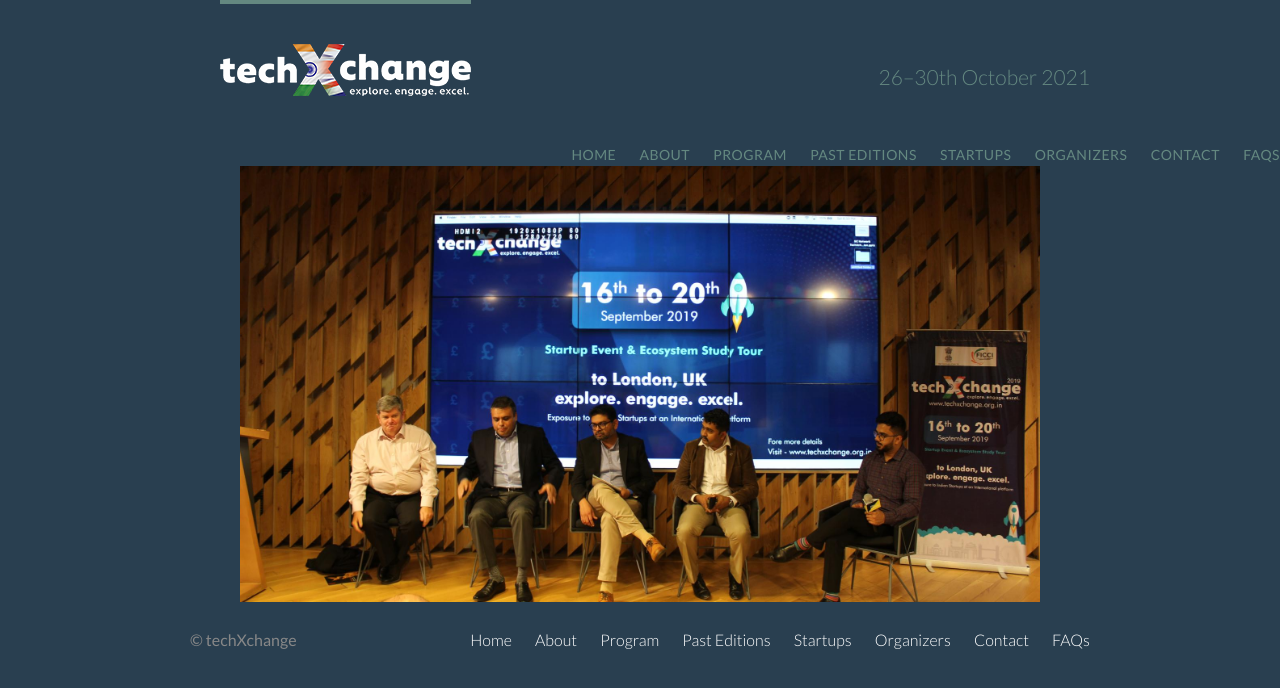
Repository: srush-shah/techXchange
Page: index.html
These files come from the project's save history. The page is drawn as it stood at one moment and after a run of saves; the edit follows.
The browser window is 1280 px wide. The pictures show the whole page.

Above is the page before, as saved 2021-07-16 04:24:17.

### index.html
<!DOCTYPE html>
<html lang="en">
  <head>
    <meta charset="utf-8" />
    <title>techXchange: A bridge for growth</title>
    <link rel="stylesheet" type="text/css" href="assets/stylesheets/main.css" />
    <link rel="preconnect" href="https://fonts.gstatic.com" />
    <link
      href="https://fonts.googleapis.com/css2?family=Lato:ital,wght@0,100;0,300;0,400;1,100;1,300;1,400&display=swap"
      rel="stylesheet"
    />
  </head>
  <body>
    <header class="primary-header container group">
      <section class="container">
        <h1 class="logo">
          <a href="index.html">
            <img
              src="assets/images/techxchange-logo.png"
              alt="techXchange logo"
            />
          </a>
        </h1>
      </section>
      <h3 class="tagline">26&ndash;30th October 2021</h3>
      <section>
        <a
          class="instagram"
          href="https://www.instagram.com/techxchange2020/"
          title="Instagram"
          target="_blank"
          ><span><i class="fab fa-instagram"></i></span
        ></a>
        <a
          class="facebook"
          href="https://www.facebook.com/Techxchange2020/"
          title="Follow us on Facebook"
          target="_blank"
          ><span><i class="fab fa-facebook"></i></span
        ></a>
        <a
          class="twitter"
          href="https://twitter.com/techXchange2020"
          title="Twitter"
          target="_blank"
          ><span><i class="fab fa-twitter"></i></span
        ></a>
        <a
          class="linkedin"
          href="https://www.linkedin.com/company/techxchange2020/"
          title="LinkedIn"
          target="_blank"
          ><span><i class="fab fa-linkedin"></i></span
        ></a>
      </section>
    </header>
    <nav class="nav primary-nav">
      <ul>
        <li><a href="index.html">Home</a></li>
        <!--
            -->
        <li><a href="#about">About</a></li>
        <!--
            -->
        <li><a href="#program">Program</a></li>
        <!--
            -->
        <li><a href="#past_edits">Past Editions</a></li>
        <!--
            -->
        <li><a href="startups.html">Startups</a></li>
        <!--
            -->
        <li><a href="#organizers">Organizers</a></li>
        <!--
            -->
        <li><a href="#contact">Contact</a></li>
        <!--
            -->
        <li><a href="#faqs">FAQs</a></li>
        <!--
            -->
      </ul>
    </nav>
    <!-- Slideshow container -->
    <div class="slideshow-container">
      <!-- Full-width images with number and caption text -->
      <div class="mySlides fade">
        <img src="assets/images/banner01.jpg" style="width: 100%" />
      </div>

      <div class="mySlides fade">
        <img
          src="assets/images/banner02.jpg"
          style="width: 100%; background-color: antiquewhite"
        />
      </div>

      <div class="mySlides fade">
        <img src="assets/images/banner03.jpg" style="width: 100%" />
      </div>
    </div>
    <br />
    <footer class="primary-footer container group">
      <small>&copy; techXchange</small>
      <nav class="nav">
        <ul>
          <li><a href="index.html">Home</a></li>
          <!--
              -->
          <li><a href="#about">About</a></li>
          <!--
              -->
          <li><a href="#program">Program</a></li>
          <!--
              -->
          <li><a href="#past_edits">Past Editions</a></li>
          <!--
              -->
          <li><a href="startups.html">Startups</a></li>
          <!--
              -->
          <li><a href="#organizers">Organizers</a></li>
          <!--
              -->
          <li><a href="#contact">Contact</a></li>
          <!--
              -->
          <li><a href="#faqs">FAQs</a></li>
          <!--
              -->
        </ul>
      </nav>
    </footer>
    <script src="assets/js/carousel.js"></script>
  </body>
</html>

### assets/stylesheets/main.css
x/* http://meyerweb.com/eric/tools/css/reset/ 2. v2.0 | 20110126
  License: none (public domain)
*/

html, body, div, span, applet, object, iframe,
h1, h2, h3, h4, h5, h6, p, blockquote, pre,
a, abbr, acronym, address, big, cite, code,
del, dfn, em, img, ins, kbd, q, s, samp,
small, strike, strong, sub, sup, tt, var,
b, u, i, center,
dl, dt, dd, ol, ul, li,
fieldset, form, label, legend,
table, caption, tbody, tfoot, thead, tr, th, td,
article, aside, canvas, details, embed,
figure, figcaption, footer, header, hgroup,
menu, nav, output, ruby, section, summary,
time, mark, audio, video {
  margin: 0;
  padding: 0;
  border: 0;
  font-size: 100%;
  font: inherit;
  vertical-align: baseline;
}
/* HTML5 display-role reset for older browsers */
article,
aside,
details,
figcaption,
figure,
footer,
header,
hgroup,
menu,
nav,
section {
  display: block;
}
body {
  line-height: 1;
}
ol,
ul {
  list-style: none;
}
blockquote,
q {
  quotes: none;
}
blockquote:before,
blockquote:after,
q:before,
q:after {
  content: "";
  content: none;
}
table {
  border-collapse: collapse;
  border-spacing: 0;
}

/*
  ========================================
  Custom styles
  ========================================
*/

body {
  background: #293f50;
  color: #888;
  font: 300 16px/22px "Lato", "Open Sans", "Helvetica Neue", Helvetica, Arial,
    sans-serif;
}

/*
  ========================================
  Grid
  ========================================
*/

*,
*:before,
*:after {
  -webkit-box-sizing: border-box;
  -moz-box-sizing: border-box;
  box-sizing: border-box;
}

.container {
  margin: 0 auto;
  padding-left: 30px;
  padding-right: 30px;
  width: 960px;
}

.col-1-3 {
  width: 33.33%;
}

.col-2-3 {
  width: 66.66%;
}

.col-1-3,
.col-2-3 {
  display: inline-block;
  vertical-align: top;
}

.grid,
.col-1-3,
.col-2-3 {
  padding-left: 15px;
  padding-right: 15px;
}

.container,
.grid {
  margin: 0 auto;
  width: 960px;
}

.container {
  padding-left: 30px;
  padding-right: 30px;
}

/*
  ========================================
  Clearfix
  ========================================
*/

.group:before,
.group:after {
  content: " ";
  display: table;
}

.group:after {
  clear: both;
}

.group {
  clear: both;
  *zoom: 1;
}

/*
  ========================================
  Rows
  ========================================
*/

.row,
.row-alt {
  min-width: 960px;
}
.row {
  background: #fff;
  padding: 66px 0 44px 0;
}
.row-alt {
  background: #cbe2c1;
  background: -webkit-linear-gradient(to right, #a1d3b0, #f6f1d3);
  background: -moz-linear-gradient(to right, #a1d3b0, #f6f1d3);
  background: linear-gradient(to right, #a1d3b0, #f6f1d3);
  padding: 44px 0 22px 0;
}

/*
  ========================================
  Typography
  ========================================
*/

h1,
h3,
h4,
h5,
p {
  margin-bottom: 22px;
}

h1,
h2,
h3,
h4 {
  color: #648880;
}

h1 {
  font-size: 36px;
  line-height: 44px;
}

h2 {
  font-size: 24px;
  line-height: 44px;
}

h3 {
  font-size: 21px;
}

h4 {
  font-size: 18px;
}

h5 {
  color: #a9b2b9;
  font-size: 14px;
  font-weight: 400;
  text-transform: uppercase;
}

strong {
  font-weight: 400;
}

cite,
em {
  font-style: italic;
}

/*
  ========================================
  Leads
  ========================================
*/

.lead {
  text-align: center;
}
.lead p {
  font-size: 21px;
  line-height: 33px;
}

/*
  ========================================
  Buttons
  ========================================
*/

.btn {
  border-radius: 5px;
  color: #fff;
  cursor: pointer;
  display: inline-block;
  font-weight: 400;
  letter-spacing: 0.5px;
  margin: 0;
  text-transform: uppercase;
}
.btn-alt {
  border: 1px solid #fff;
  padding: 10px 30px;
}
.btn-alt:hover {
  background: #fff;
  color: #648880;
}
.btn-default {
  border: 0;
  background: #648880;
  padding: 11px 30px;
  font-size: 14px;
}
.btn-default:hover {
  background: #77a198;
}

/*
  ========================================
  Home
  ========================================
*/

.hero {
  color: #fff;
  line-height: 44px;
  padding: 22px 80px 66px 80px;
  text-align: center;
}

.hero h2 {
  font-size: 36px;
}

.hero p {
  font-size: 24px;
  font-weight: 100;
}

.teaser a:hover h3 {
  color: #a9b2b9;
}
.teaser img {
  border-radius: 5px;
  display: block;
  margin-bottom: 22px;
  max-width: 100%;
}

/*
  ========================================
  Primary header
  ========================================
*/

.logo {
  border-top: 4px solid #648880;
  float: left;
  font-size: 48px;
  font-weight: 100;
  letter-spacing: 0.5px;
  line-height: 44px;
  padding: 40px 0 22px 0;
  text-transform: uppercase;
}

.tagline {
  margin: 66px 0 22px 0;
  text-align: right;
}

.primary-nav {
  font-size: 14px;
  font-weight: 400;
  letter-spacing: 0.5px;
  text-transform: uppercase;
}

/*
  ========================================
  Primary footer
  ========================================
*/
\ .primary-footer {
  color: #648880;
  font-size: 14px;
  padding-bottom: 44px;
  padding-top: 44px;
}

.primary-footer small {
  float: left;
  font-weight: 400;
}

/*
  ========================================
  Links
  ========================================
*/

a:hover {
  color: #a9b2b9;
}

a {
  color: #648880;
  text-decoration: none;
}

p a {
  border-bottom: 1px solid #dfe2e5;
}

.primary-header a,
.primary-footer a {
  color: #fff;
}

.primary-header a:hover,
.primary-footer a:hover {
  color: #648880;
}

/*
  ========================================
  Navigation
  ========================================
*/

.nav {
  text-align: right;
}
.nav li {
  display: inline-block;
  margin: 0 10px;
  vertical-align: top;
}
.nav li:last-child {
  margin-right: 0;
}

/*
  ========================================
  Carousel
  ========================================
*/

/* Slideshow container */
.slideshow-container {
  max-width: 800px;
  position: relative;
  margin: auto;
}

/* Hide the images by default */
.mySlides {
  display: none;
}

/* Fading animation */
.fade {
  -webkit-animation-name: fade;
  -webkit-animation-duration: 5s;
  animation-name: fade;
  animation-duration: 5s;
}

@-webkit-keyframes fade {
  from {
    opacity: 0.4;
  }
  to {
    opacity: 1;
  }
}

@keyframes fade {
  from {
    opacity: 0.4;
  }
  to {
    opacity: 1;
  }
}

### assets/js/carousel.js
var slideIndex = 0;
showSlides();

function showSlides() {
  var i;
  var slides = document.getElementsByClassName("mySlides");
  for (i = 0; i < slides.length; i++) {
    slides[i].style.display = "none";
  }
  slideIndex++;
  if (slideIndex > slides.length) {
    slideIndex = 1;
  }
  slides[slideIndex - 1].style.display = "block";
  setTimeout(showSlides, 10000); // Change image every 10 seconds
}

After the next 2 saves:
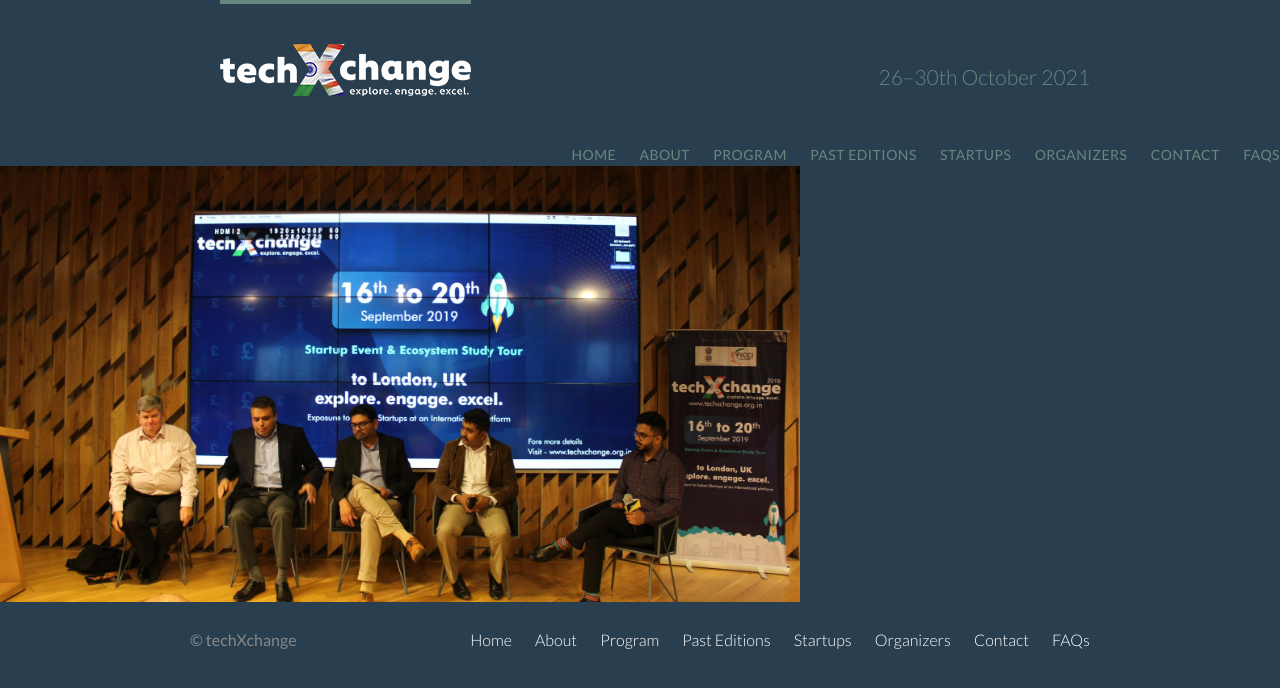
The 2 saves are shown as one change because they came seconds apart.
The last was saved 41 s later.
--- a/assets/stylesheets/main.css
+++ b/assets/stylesheets/main.css
@@ -406,7 +406,7 @@
 .slideshow-container {
   max-width: 800px;
   position: relative;
-  margin: auto;
+  margin: 20 auto;
 }
 
 /* Hide the images by default */
